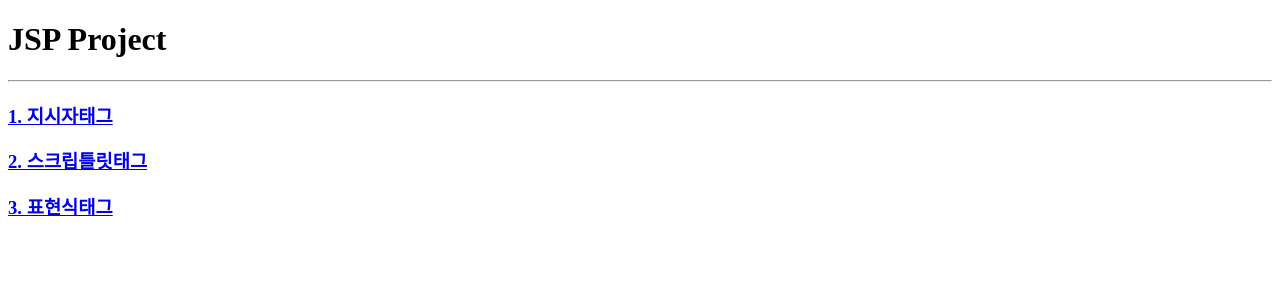
Repository: ParkHyeonju12/servlet
Page: web-workspace/04_jspProject/src/main/webapp/index.html
These files come from the project's save history. The page is drawn as it stood at one moment and after the next save; the edit follows.
The browser window is 1280 px wide. The pictures show the whole page.

Above is the page before, as saved 2022-08-30 06:44:40.

After the next save:
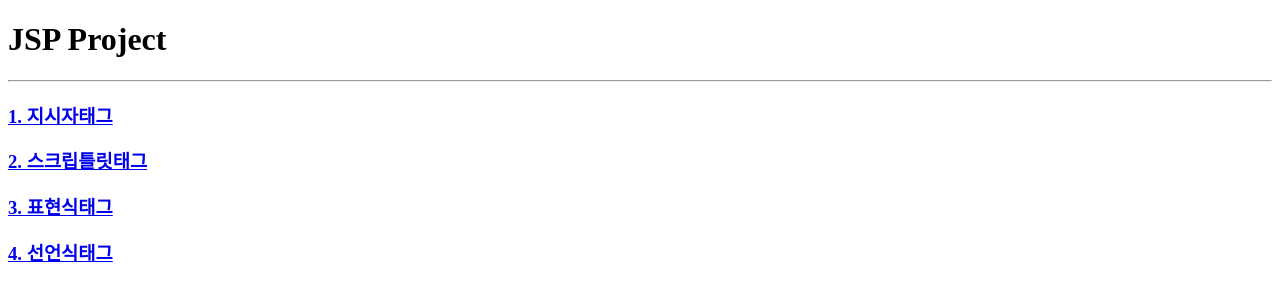
Saved 3 min 29 s later.
--- a/web-workspace/04_jspProject/src/main/webapp/index.html
+++ b/web-workspace/04_jspProject/src/main/webapp/index.html
@@ -10,5 +10,6 @@
 	<h3><a href="/jsp/directiveTag.jsp">1. 지시자태그</a></h3>
 	<h3><a href="/jsp/scriptletTag.jsp">2. 스크립틀릿태그</a></h3>
 	<h3><a href="/jsp/expressionTag.jsp">3. 표현식태그</a></h3>
+	<h3><a href="/jsp.declrationTag.jsp">4. 선언식태그</a></h3>
 </body>
 </html>
